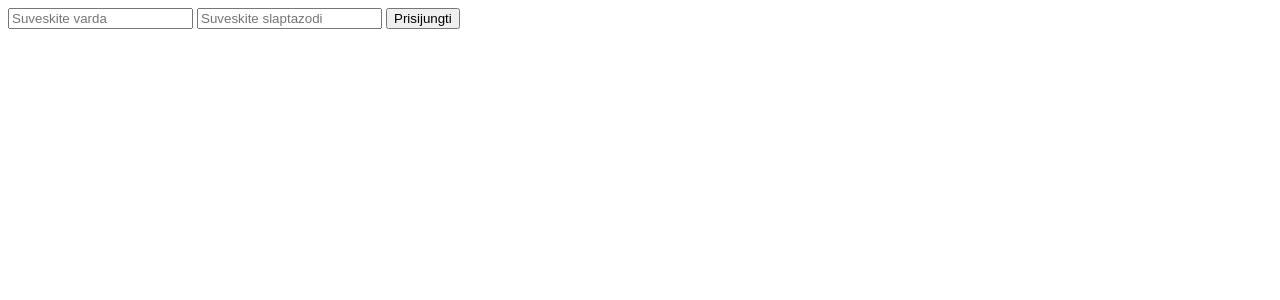
Repository: motiejus1/06-paskaita-PHP-05.31
Page: http://localhost/
These files come from the project's save history. The page is drawn as it stood at one moment and after a run of saves; the edit follows.
The browser window is 1280 px wide. The pictures show the whole page.
The page is run by PHP 8.4 with error messages shown; the project is at /var/www/html/.

Above is the page before, as saved 2021-07-29 20:36:00.

After the next 3 saves:
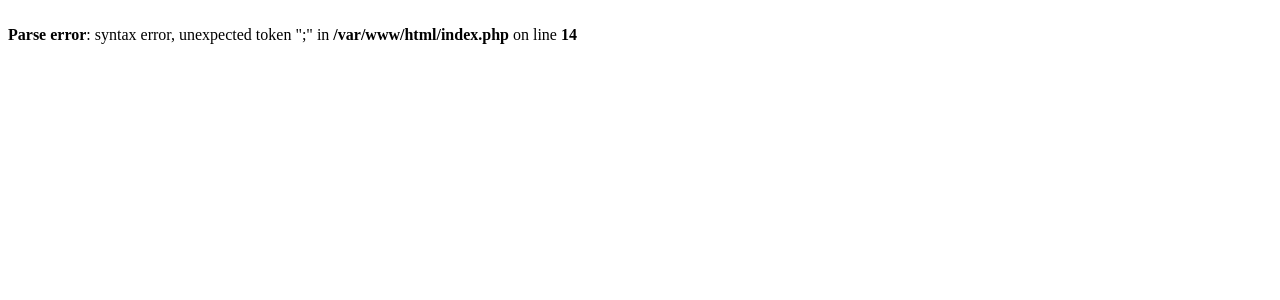
The 3 saves are shown as one change because they came seconds apart.
The last was saved 58 s later.
--- a/index.php
+++ b/index.php
@@ -10,6 +10,8 @@
 <body>
 
     <!-- Is serverio puses net neatvaizduoti -->
+
+    <?php echo  ?>
     <div class="prisijungimas">
         <form action="index.php" method="get">
             <input type="text" name="vardas" placeholder="Suveskite varda"/>

After the save that followed:
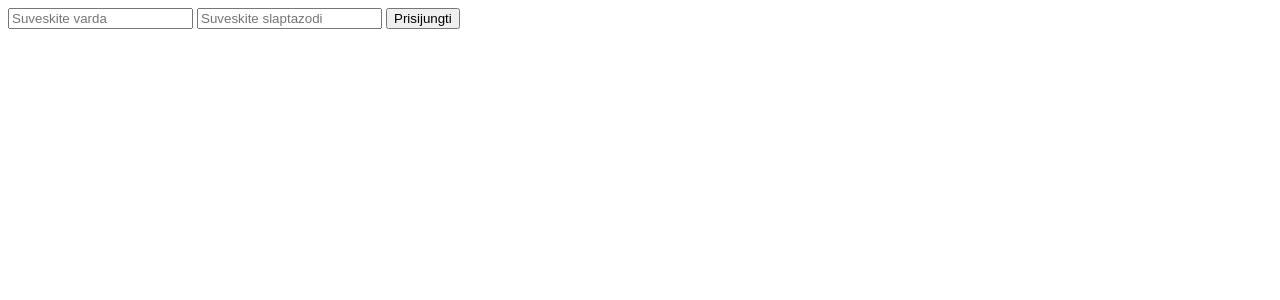
Saved 16 s later.
--- a/index.php
+++ b/index.php
@@ -11,7 +11,7 @@
 
     <!-- Is serverio puses net neatvaizduoti -->
 
-    <?php echo  ?>
+    <?php echo '' ?>
     <div class="prisijungimas">
         <form action="index.php" method="get">
             <input type="text" name="vardas" placeholder="Suveskite varda"/>
